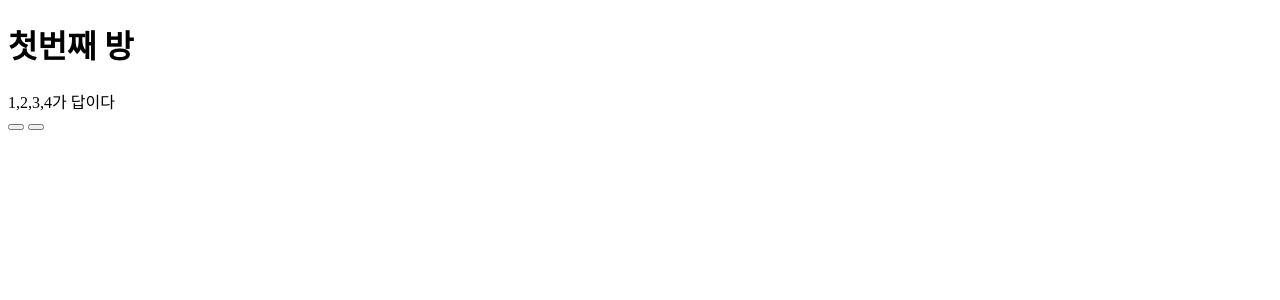
Repository: JungYOsup/Mini_project
Page: http://localhost/EsCape_Room/room_first.jsp
These files come from the project's save history. The page is drawn as it stood at one moment and after the next save; the edit follows.
The browser window is 1280 px wide. The pictures show the whole page.
The page is served by Tomcat 9.

Above is the page before, as saved 2018-01-16 07:30:38.

After the next save:
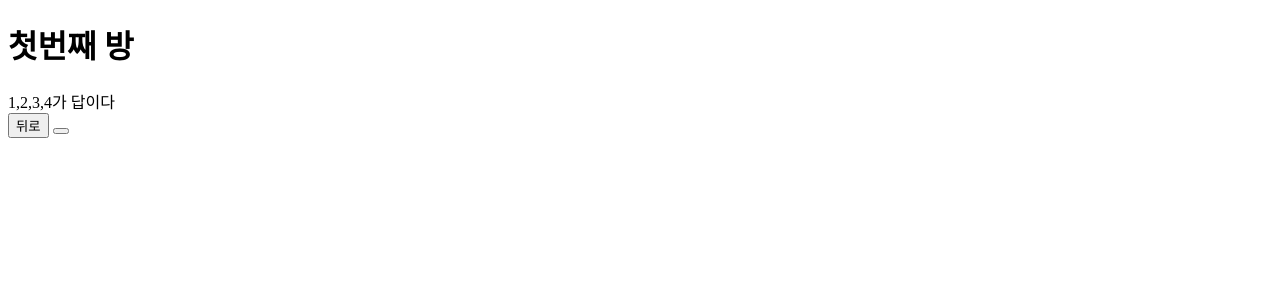
Saved 17 s later.
--- a/EsCape_Room/WebContent/room_first.jsp
+++ b/EsCape_Room/WebContent/room_first.jsp
@@ -25,7 +25,7 @@
 
 	</div>
 
-	<button type="button" onclick="location.href='login_form.jsp'" value="뒤로"></button>
+	<button type="button" onclick="location.href='login_form.jsp'" >뒤로</button>
 	<button type="button" onclick="location.href='room_second.jsp'" value="앞으로"></button>
 
 </body>
